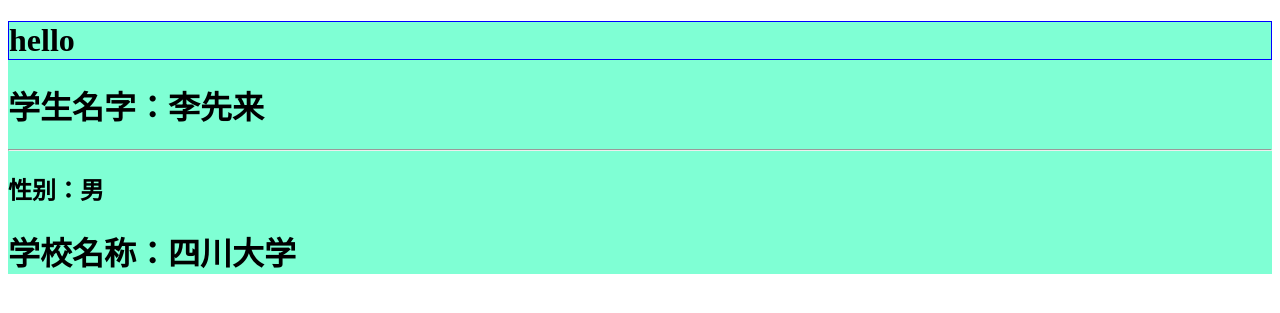
Repository: Lixianlai-2/The-journey-of-learning-Vue
Page: / (app in afterVueCli/Vue_Test/)
An editor plug-in stored every save of this project. The page is shown before and after the next save, followed by the edit.
The browser window is 1280 px wide. The pictures show the whole page.
The project was rebuilt for these pictures with package versions that can differ from the ones it lists, and the page was loaded fresh each time.

Above is the page before, as saved 2022-04-14 15:33:40.

### afterVueCli/Vue_Test/src/main.js
import Vue from "vue";
import App from "./App.vue";

// 关闭生产模式提醒
Vue.config.productionTip = false;

new Vue({
  render: (h) => h(App),
}).$mount("#app");

### afterVueCli/Vue_Test/src/App.vue
<template>
  <div id="app">
    <h1 class="hello">hello</h1>
    <student />
    <school />
  </div>
</template>

<script>
import School from "./components/school.vue";
import student from "./components/student.vue";

export default {
  name: "App",
  components: {
    student,
    School,
  },
  data() {
    return {
      msg: "我正在自学前端技术",
    };
  },
};
</script>

<style lang="less">
#app {
  background-color: aquamarine;
  .hello {
    border: 1px solid blue;
  }
}
</style>

### afterVueCli/Vue_Test/src/components/school.vue
<template>
  <div>
    <h1>学校名称：{{ name }}</h1>
    <!-- <button @click="showName">点击弹出学生名字</button> -->
  </div>
</template>

<script>
export default {
  data() {
    return {
      name: "四川大学",
    };
  },
};
</script>

<style></style>

### afterVueCli/Vue_Test/src/components/student.vue
<template>
  <div>
    <h1>学生名字：{{ name }}</h1>
    <hr />
    <h2>性别：{{ gender }}</h2>
  </div>
</template>

<script>
export default {
  data() {
    return {
      name: "李先来",
      gender: "男",
    };
  },
};
</script>

<style></style>

Loaded but not shown: afterVueCli/Vue_Test/public/index.html (common file)

After the next save:
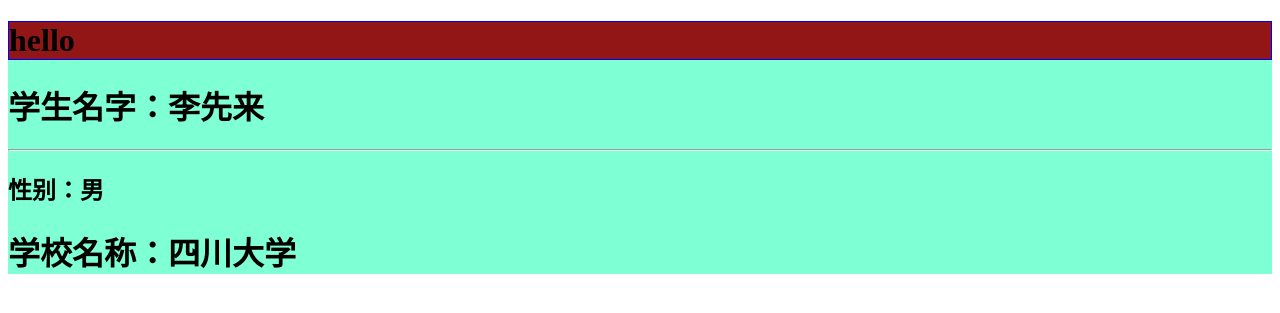
Saved 14 s later.
--- a/afterVueCli/Vue_Test/src/App.vue
+++ b/afterVueCli/Vue_Test/src/App.vue
@@ -29,6 +29,7 @@ export default {
   background-color: aquamarine;
   .hello {
     border: 1px solid blue;
+    background-color: rgb(146, 22, 22);
   }
 }
 </style>
